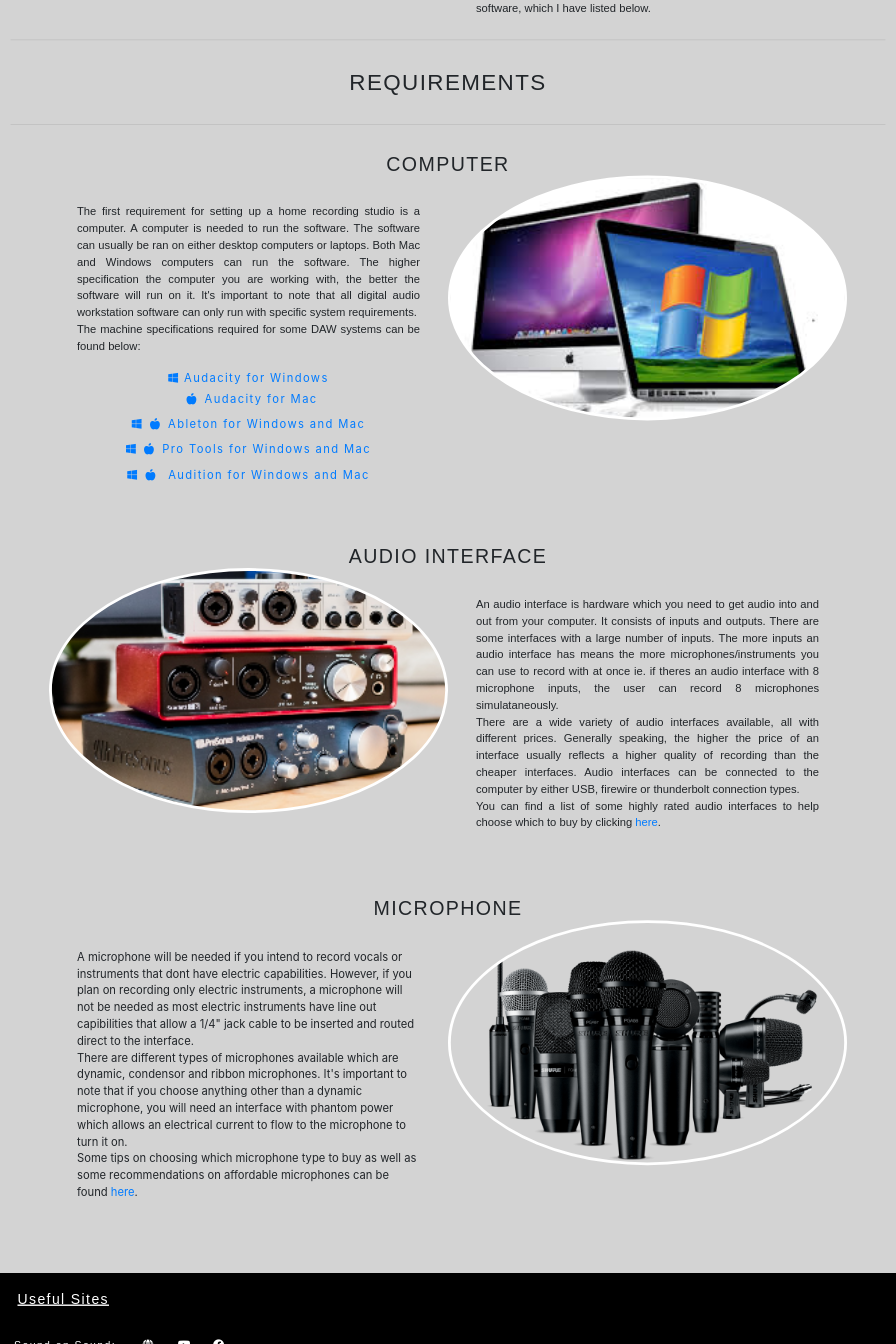
Repository: djjtyn/CIMilestoneProject1
Page: index.html
The author's editor kept a record of every edit. The page is drawn from the files as they stood at one moment, then again after the next edit.
The browser window is 1280 px wide. The pictures show the part of the page from y = 1162 to 3082 px (the page is 3286 px tall before and 3352 px after), at 70% of full size.
Some web libraries are served in a nearby version.

Above is the page before.
Console error (its wording comes from the project's code and is left out).

### index.html
<!DOCTYPE html>
<html lang="en">

<head>
  <meta charset="UTF-8">
  <meta name="viewport" content="width=device-width, initial-scale=1.0">
  <meta http-equiv="X-UA-Compatible" content="ie=edge">
  <link rel="stylesheet" href="https://stackpath.bootstrapcdn.com/bootstrap/4.3.1/css/bootstrap.min.css" integrity="sha384-ggOyR0iXCbMQv3Xipma34MD+dH/1fQ784/j6cY/iJTQUOhcWr7x9JvoRxT2MZw1T" crossorigin="anonymous">
  <link href="https://cdnjs.cloudflare.com/ajax/libs/font-awesome/5.9.0/css/all.min.css" rel="stylesheet">
  <link rel="stylesheet" href="css/style.css" type="text/css" />
  <title>Digital Audio Workstation</title>
</head>

<body>
  <nav class="navbar navbar-expand-md navbar-dark bg-dark fixed">
    <div class="nav-brand">
      <i class="fas fa-headphones"></i>
    </div>
    <!--Button code taken from WhiskeyDrop code institute project-->
    <button class="navbar-toggler" type="button" data-toggle="collapse" data-target="#navbarResponsive" aria-hidden="true">
                <span class="navbar-toggler-icon"></span>
            </button>
    <div class="collapse navbar-collapse" id="navbarResponsive">
      <ul class="navbar-nav mr-auto">
        <li class="nav-item">
          <a class="nav-link active" href="index.html">Home</a>
        </li>
        <li class="nav-item">
          <a class="nav-link" href="eq.html">Equalization</a>
        </li>
        <li class="nav-item">
          <a class="nav-link" href="complim.html">Compressor/ Limiter</a>
        </li>
      </ul>
    </div>
  </nav>
  <!--NAVBAR-->
  <div class="no-gutters common-img "></div>
  <!--COMMON PIC-->
  <hr>
  <section class="container-fluid">
    <div class="row">
      <div class="col-12">
        <h1>Digital Audio Workstation (DAW)</h1>
      </div>
    </div>
    <hr>
    <div class="row">
      <div class="col-12 col-md-6 icons">
        <a href="https://www.avid.com/pro-tools/features" class="pro-tools" target="_blank" />
        <img src="images/protools.jpg" height="140px" width="270px" ;/>
        </a>
        <a href="https://www.ableton.com/en/live/" class="ableton" target="_blank" />
        <img src="images/ableton.jpg" height="140px" width="270px" />
        </a>
        <a href="https://www.audacityteam.org/about/features/" class="audacity" target="_blank" />
        <img src="images/audacity.jpg" height="140px" width="270px" />
        </a>
        <a href="https://www.adobe.com/mena_en/products/audition/features._sl_id-contentfilter_sl_featuredisplaytypes_sl_all.html" class="audition" target="_blank" />
        <img src="images/audition.jpg" height="140px" width="270px" />
        </a>
      </div>
      <!--ICONS-->
      <div class="col-12 col-md-6 icontxt">
        <p>The purpose of this site is to provide information for people interested in creating their own home recordings and the tools that are needed to enhance the audio quality on the recordings.<br> A
          <b> Digital Audio Workstation (DAW)</b> is software used in the recording and post production of audio. They are used in many professional recording studios but can be set up easily enough for use in the comfort of your home.<br> On this site,
          you will find the requirements needed to make use of one of these in addition to information on some commonly used tools found within every one of the digital audio workstation programmes available.<br> There is many different digital audio
          workstation software available such as Pro Tools, Audacity, Ableton and Audition to name a few. You will find icons on this page for the four software programmes I have named. Each icon is a link, which upon clicking, will take you to a page
          containing some information on each individual software program and its various features.<br> Every one of these software programmes have their own strengths and weaknesses but all will work well with recording or improving audio quality for
          basic home recordings.<br> Some of the software I have listed is free to download. The ones that cost to download will allow a free trial or allow scaled down version of the full program to be downloaded for free. All the tools mentioned on
          this website can be found in the free versions of whichever software you choose to download.<br> There are a number of requirements neccessary to get started with using this software, which I have listed below.</p>
      </div>
      <!--ICON TXT-->
    </div>
    <!--ICONS & ICON TXT-->
    <hr>
    <div class="row">
      <div class="col-12">
        <h2>Requirements</h2>
      </div>
    </div>
    <hr>
    <div class="container">
      <div class="row comp">
        <div class="col-12">
          <h3>Computer</h3>
        </div>
        <div class="col-12 col-md-6 comptxt">
          <p>The first requirement for setting up a home recording studio is a computer. A computer is needed to run the software. The software can usually be ran on either desktop computers or laptops. Both Mac and Windows computers can run the software.
            The higher specification the computer you are working with, the better the software will run on it. It's important to note that all digital audio workstation software can only run with specific system requirements. <br> The machine specifications
            required for some DAW systems can be found below:</p>
          <ul>
            <li><a href="https://www.audacityteam.org/download/windows/#sysreq" target="_blank"><i class="fab fa-windows"></i> Audacity for Windows</a></li>
            <li><a href="https://www.audacityteam.org/download/mac/" target="_blank"><i class="fas fa-apple-alt"></i>Audacity for Mac</a></li>
            <li><a href="https://help.ableton.com/hc/en-us/articles/115001663530-Live-10-Minimum-System-Requirements" target="_blank"><i class="fab fa-windows"></i><i class="fas fa-apple-alt"></i>Ableton for Windows and Mac</a></li>
            <li><a href="http://avid.force.com/pkb/articles/compatibility/Pro-Tools-System-Requirements" target="_blank"><i class="fab fa-windows"></i><i class="fas fa-apple-alt"></i>Pro Tools for Windows and Mac</a></li>
            <li><a href="https://helpx.adobe.com/ie/audition/system-requirements.html" target="_blank"><i class="fab fa-windows"></i><i class="fas fa-apple-alt"></i> Audition for Windows and Mac</a>
          </ul>
        </div>
        <div class="col-12 col-md-6 computer"></div>
      </div>
      <div class="row">
        <div class="col-12">
          <h3>Audio Interface</h3>
        </div>
      </div>
      <div class="row int">
        <div class="col-12 col-md-6 interface"></div>
        <div class="col-12 col-md-6 interfacetxt">
          <p>An audio interface is hardware which you need to get audio into and out from your computer. It consists of inputs and outputs. There are some interfaces with a large number of inputs. The more inputs an audio interface has means the more microphones/instruments
            you can use to record with at once ie. if theres an audio interface with 8 microphone inputs, the user can record 8 microphones simulataneously.<br> There are a wide variety of audio interfaces available, all with different prices. Generally
            speaking, the higher the price of an interface usually reflects a higher quality of recording than the cheaper interfaces. Audio interfaces can be connected to the computer by either USB, firewire or thunderbolt connection types. <br> You
            can find a list of some highly rated audio interfaces to help choose which to buy by clicking <a href="https://www.sweetwater.com/insync/best-audio-interfaces-for-home-studio/" target="_blank">here</a>. </p>
        </div>
      </div>
      <div class="row">
        <div class="col-12">
          <h3>Microphone</h3>
        </div>
      </div>
      <div class="row">
        <div class="col-12 col-md-6 mictxt">
          A microphone will be needed if you intend to record vocals or instruments that dont have electric capabilities. However, if you plan on recording only electric instruments, a microphone will not be needed as most electric instruments have line out capibilities
          that allow a 1/4" jack cable to be inserted and routed direct to the interface.<br> There are different types of microphones available which are dynamic, condensor and ribbon microphones. It's important to note that if you choose anything
          other than a dynamic microphone, you will need an interface with phantom power which allows an electrical current to flow to the microphone to turn it on.<br> Some tips on choosing which microphone type to buy as well as some recommendations
          on affordable microphones can be found <a href="https://ledgernote.com/reviews/best-cheap-microphones/" target="_blank">here</a>.
        </div>
        <div class="col-12 col-md-6 microphone"></div>
      </div>
    </div>
  </section>
  <footer class="container-fluid links">
    <h5 class="uppercase">Useful Sites</h5>
    <div class="sos">
      <h6>Sound on Sound:</h6>
      <a href="https://www.soundonsound.com/" target="_blank"> <i class="fas fa-globe"></i></a>
      <a href="https://www.youtube.com/channel/UCFw2zGrdiLLAwbNQra1vtnA" target="_blank"><i class="fab fa-youtube"></i></a>
      <a href="https://www.facebook.com/soundonsoundmag/" target="_blank"><i class="fab fa-facebook"></i></a>
    </div>
    <div class="mwthm">
      <h6>Mix with the Masters:</h6>
      <a href="https://mixwiththemasters.com/" target="_blank"><i class="fas fa-globe"></i></a>
      <a href="https://www.youtube.com/user/MixWithTheMASTERS" target="_blank"><i class="fab fa-youtube"></i></a>
      <a href="https://www.facebook.com/MixWithTheMasters/" target="_blank"><i class="fab fa-facebook"></i></a>
    </div>
    <div class="pa">
      <h6>Production Advice:</h6>
      <a href="https://productionadvice.co.uk/" target="_blank"><i class="fas fa-globe"></i></a>
      <a href="https://www.youtube.com/channel/UCMFrnWIF6N5YtOZzmCGP16A" target="_blank"><i class="fab fa-youtube"></i></a>
      <a href="https://www.facebook.com/ProductionAdvice/" target="_blank"><i class="fab fa-facebook"></i></a>
    </div>
    <div class="copy">
      <small>&copy; Copyright 2019, DaveTynan@codeinstitute</small>
    </div>
  </footer>
</body>
<script src="https://cdnjs.cloudflare.com/ajax/libs/jquery/3.2.1/jquery.min.js"></script>
<script src="https://cdnjs.cloudflare.com/ajax/libs/twitter-bootstrap/4.0.0-alpha.6/js/bootstrap.min.js"></script>

</html>

### css/style.css
h1, h2, h3 {
    text-align: center;
    font-family: Arial;
    padding: 5;
    margin:2%;
    letter-spacing: 2px;
    text-transform: uppercase;
}



p{
    text-align: justify;
    font-family: Arial;
}


/*-------------------------------------------------NAVBAR---*/

nav{
    height: 70px;
    font-size: 20px;
    color: #fff;
}

.fa-headphones{
    padding-left: 15px;
    padding-right:15px;
    margin-right: 15px;
    font-size: 50px;
}

nav ul li {
    padding:15px;
    font-family: Arial;
    letter-spacing: 5px;}

/*-------------------------------------------------COMMON IMG---*/
.common-img {
    height: 400px;
    background-image: url("../images/bg.jpg");
    background-size: cover;
    background-repeat: no-repeat;
    background-position: center;
   width: 100%;
   }


/*-------------------------------------------------MAIN---*/
h1, h2, h3 {
    text-align: center;
}

body{
    background-color: #d3d3d3;
}

.pro-tools, .ableton, .audacity, .audition {
    display: inline-block;
    padding: 2%;
}

.icons {
    float:left;
    width:300px;
    padding:10px;
    text-align:center;
}

.icontxt{
    padding-right:40px;
    padding-left:40px;
    text-align:center;
    ;
}


/*-------------------------------------------------Requirements--*/
h3{
    margin-bottom:0;
}

.comp ul {
    text-align:center;
    padding:5px;
    margin-bottom: 0;
}



.comp .fa-apple-alt{
    padding:10px;
}

.computer {
    height: 350px;
    background-image: url("../images/computer.jpeg");
    background-size: cover;
    background-repeat: no-repeat;
    border:4px solid #fff;
    border-radius:50%;
    width: 300px;
    float:right;
    margin-top: 0;

}

.comptxt{
   padding:40px;
   text-align:center;

   }

.interface{
    height: 350px;
    background-image: url("../images/interface.jpg");
    background-size: cover;
    background-repeat: no-repeat;
    background-position:center;
    border:4px solid #fff;
    border-radius:50%;
    width: 300px;
    padding:10;
    float:left;
   }

.interfacetxt{
    padding:40px;
    text-align:center;

}

.microphone{
    height: 350px;
    background-image: url("../images/microphones.png");
    background-size: cover;
    background-repeat: no-repeat;
    background-position:center;
    border:4px solid #fff;
    border-radius:50%;
    width: 300px;
    padding:10;
    float:right;

}

.mictxt{
   padding:40px;

}

.comp, .mic, .int{
    margin-bottom:15px;

   }

ul{
    list-style: none;
    letter-spacing: 2px;
}


/*-------------------------------------------------FOOTER---*/


footer {
    background-color: #000;
    margin-top:5%;


}

h5 {
    font-family: Arial;
    color: #fff;
    letter-spacing: 2px;
    text-decoration: underline;
    font-weight: 300;
    padding: 15px;
    margin: 5;
}

h6 {
    font-family: Arial;
    letter-spacing: 2px;
    color: white;
    font-size: 15px;
}

.links a, .links, h6 {
    display: inline-block;
    padding: 10px;}

footer i {
    height: 30px;
    width: 15px;
    color: #fff;
    padding: 8px;
    margin: 5px;
    transition-timing-function: ease-in-out;
    transition-duration: .5s;
}

.copy{
    color: #fff;
    text-align: center;
    margin-top: 20px;
}

footer .fa-facebook:hover {
  color: blue;
}

footer .fa-youtube:hover {
    color: red;
}

footer .fa-globe:hover{
    color:#228B22;
}

 /*-------------------------------------------------EQ---*/

 .eqtop{
    margin-bottom:35px;
    margin-top:0;
}

 }
 .eq{
     background-image: url("../images/EQ.png");
     background-size: cover;
     background-repeat: no-repeat;
     height: 300px;
     width:100%;}

 .oneband {
     height: 350px;
     width: 100%;
     background-image: url("../images/1band.png");
     background-size: contain;
     background-repeat: no-repeat;
     background-position: center;
     }

 .sevenband{
     height: 350px;
     width: 100%;
     background-image: url("../images/7band.jpg");
     background-size: contain;
     background-repeat: no-repeat;
     background-position: center;

 }

 /*-------------------------------------------------Compress/Limit---*/

 .compress{
     background-image: url("../images/spring.jpg");
     background-size: cover;
     height: 350px;
     width: 750px;
     background-repeat: no-repeat;
     background-position: center;}

.compresspic{
     background-image: url("../images/compressor.png");
     background-size: contain;
     background-repeat: no-repeat;
     background-position: center;
     width:100%;
}

.limiter{
     background-image: url("../images/Limiter.jpg");
     background-size: contain;
     background-repeat: no-repeat;
     background-position: center;
     width:100%;

}

After the next edit:
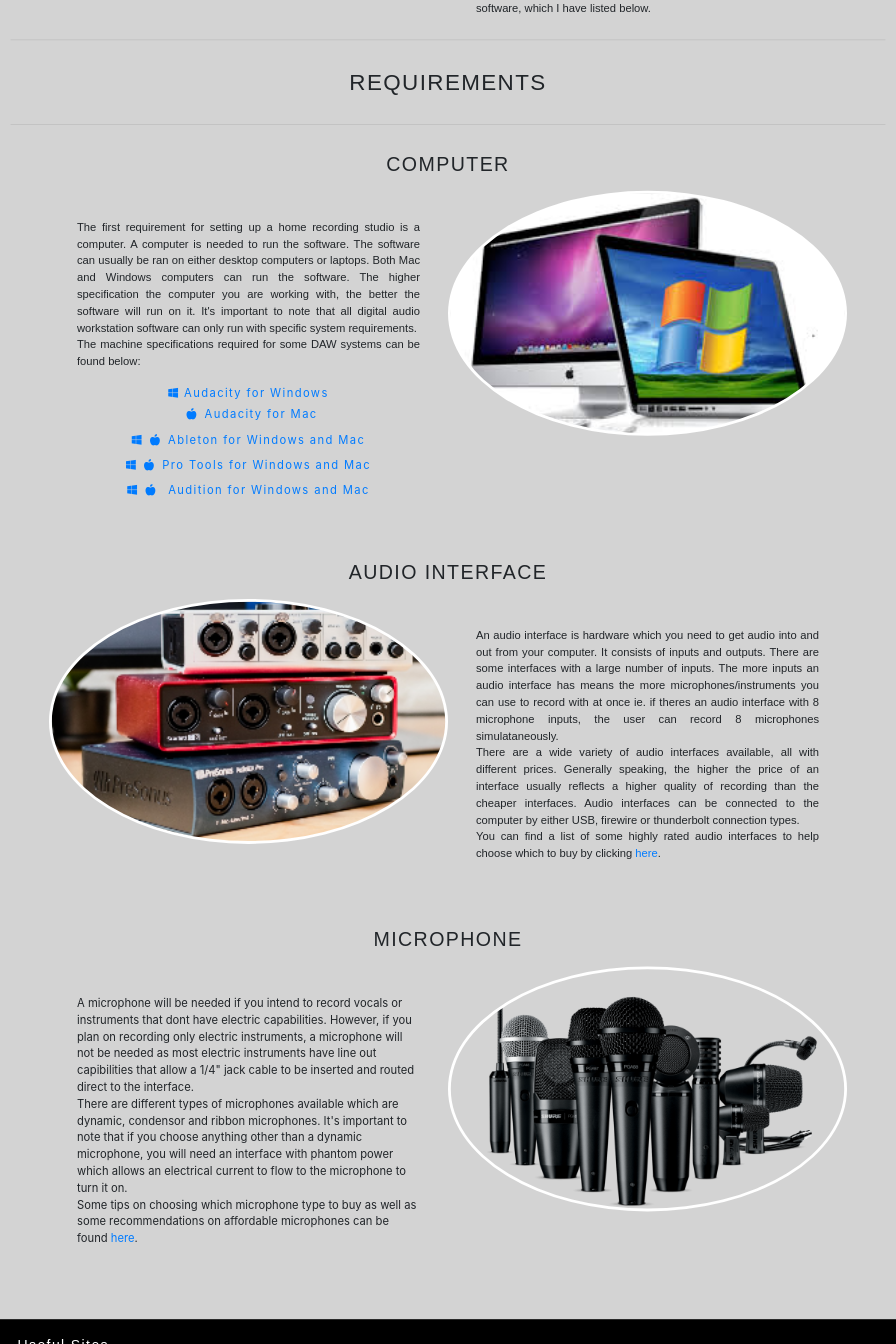
The edit:
--- a/css/style.css
+++ b/css/style.css
@@ -76,9 +76,7 @@
 
 
 /*-------------------------------------------------Requirements--*/
-h3{
-    margin-bottom:0;
-}
+
 
 .comp ul {
     text-align:center;
